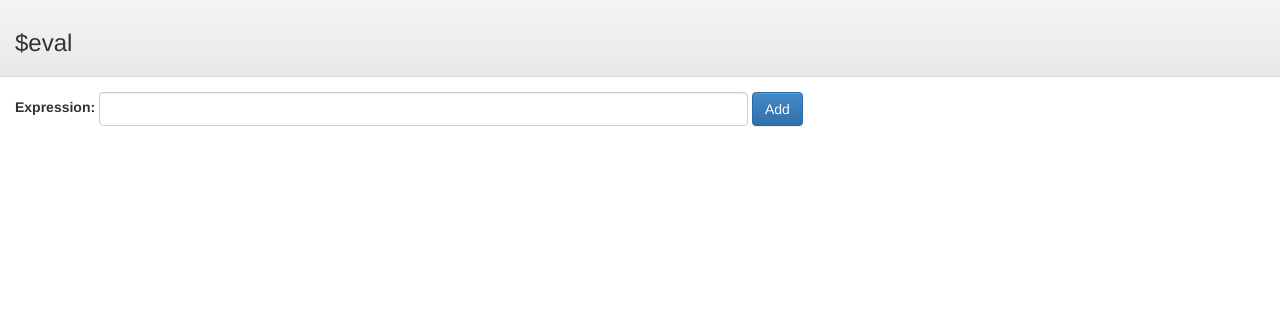
Repository: chisun-joung/workplace
Page: angularJS/WebContent/Chap10_Binding/S02_Eval.html
These files come from the project's save history. The page is drawn as it stood at one moment and after the next save; the edit follows.
The browser window is 1280 px wide. The pictures show the whole page.
Some web libraries are served in a nearby version.

Above is the page before, as saved 2016-11-28 23:47:07.

After the next save:
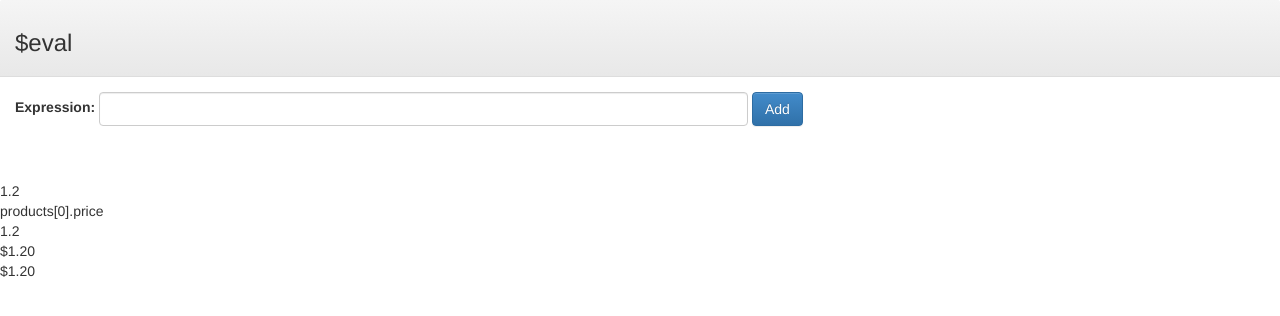
Saved 2 min 22 s later.
--- a/angularJS/WebContent/Chap10_Binding/S02_Eval.html
+++ b/angularJS/WebContent/Chap10_Binding/S02_Eval.html
@@ -18,10 +18,14 @@
 			$scope.exprs = [];
 
 			$scope.addItem = function(item){
-				if(angular.isDefined(item) && !angular.equals(item,'')){
+				if(angular.isDefined(item) && !angular.equals(item, '') && angular.isString(item)){
 					$scope.exprs.push(item);
 				}
-			};
+			}
+
+			$scope.removeItem = function(index){
+				$scope.exprs.splice(index, 1);
+			}
 
 		}])
 	</script>
@@ -47,11 +51,22 @@
 
 	<div class="panel-body">
 		<ul>
+			<!--  track by $index => 기본형인 경우 동일한 값
+				객체인 경우 동일한 주소값을 가지고 있는 객체는
+				Set 형태가 아닌 List 형태로 출력하라는 옵션 -->
 			<li ng-repeat="item in exprs track by $index">
-				[ <a href=""> X </a> ] <b>{{item}}</b> => <span></span>
+				[ <a href="" ng-click="removeItem($index)"> X </a> ] <b>{{item}}</b> => <span>{{$eval(item)}}</span>
 			</li>
 		</ul>
 	</div>
 
+	<div>
+		<div>{{ products[0].price }}</div>
+		<div>{{ 'products[0].price' }}</div>
+		<div>{{ $eval('products[0].price') }}</div>
+		<div>{{ $eval('products[0].price | currency') }}</div>
+		<div>{{ $eval('price | currency', products[0]) }}</div>
+	</div>
+
 </body>
 </html>
